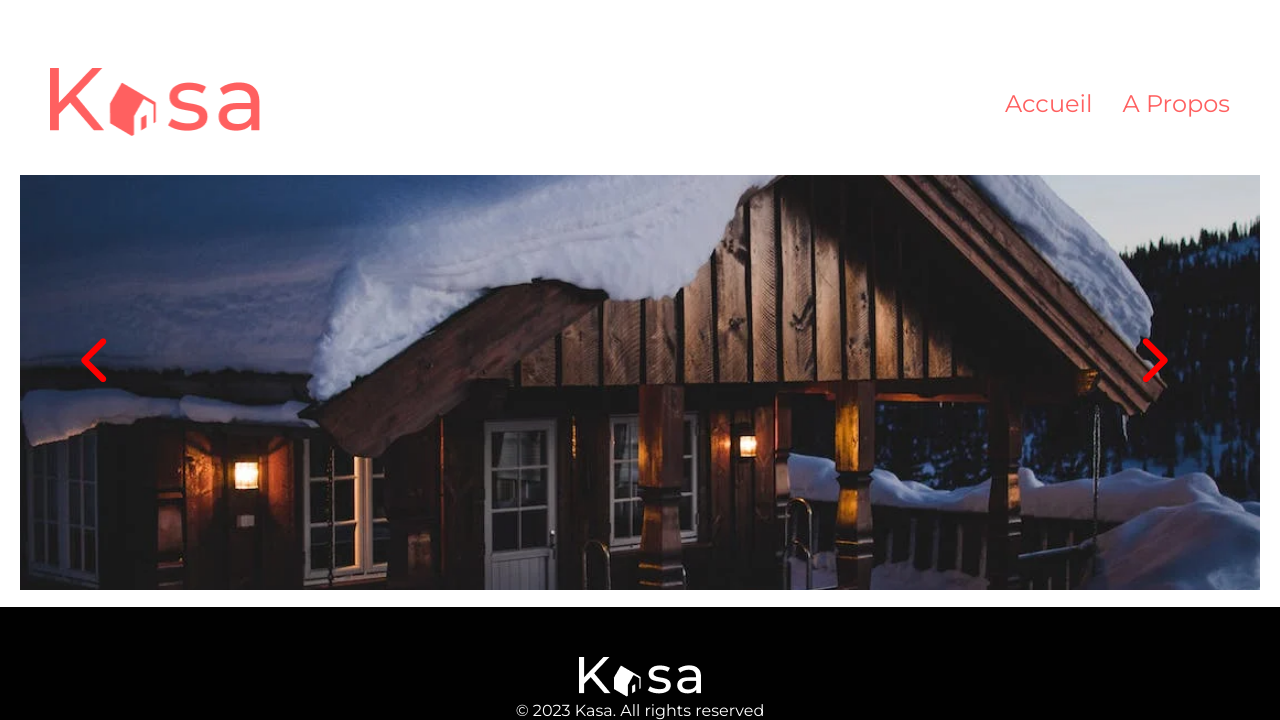
Repository: Ascaris29/Kasa_oc
Page: /essai (app in kasa_project/)
These files come from the project's save history. The page is drawn as it stood at one moment and after the next save; the edit follows.
The browser window is 1280 px wide. The pictures show the whole page.
Some web libraries are served in a nearby version. The project was rebuilt for these pictures with package versions that can differ from the ones it lists, and the page was loaded fresh each time. Also part of the build but not shown: kasa_project/src/pages/homepage/Homepage.module.scss, kasa_project/src/pages/homepage/components/CardLogement.module.scss, kasa_project/src/pages/homepage/components/CardLogement.js, kasa_project/src/pages/homepage/Homepage.js, kasa_project/src/pages/404/404.module.scss, kasa_project/src/pages/404/404.js, kasa_project/src/pages/a_propos/APropos.module.scss, kasa_project/src/pages/a_propos/components/CardDescription.module.scss and 6 more.

Above is the page before, as saved 2023-03-16 16:07:09.

After the next save:
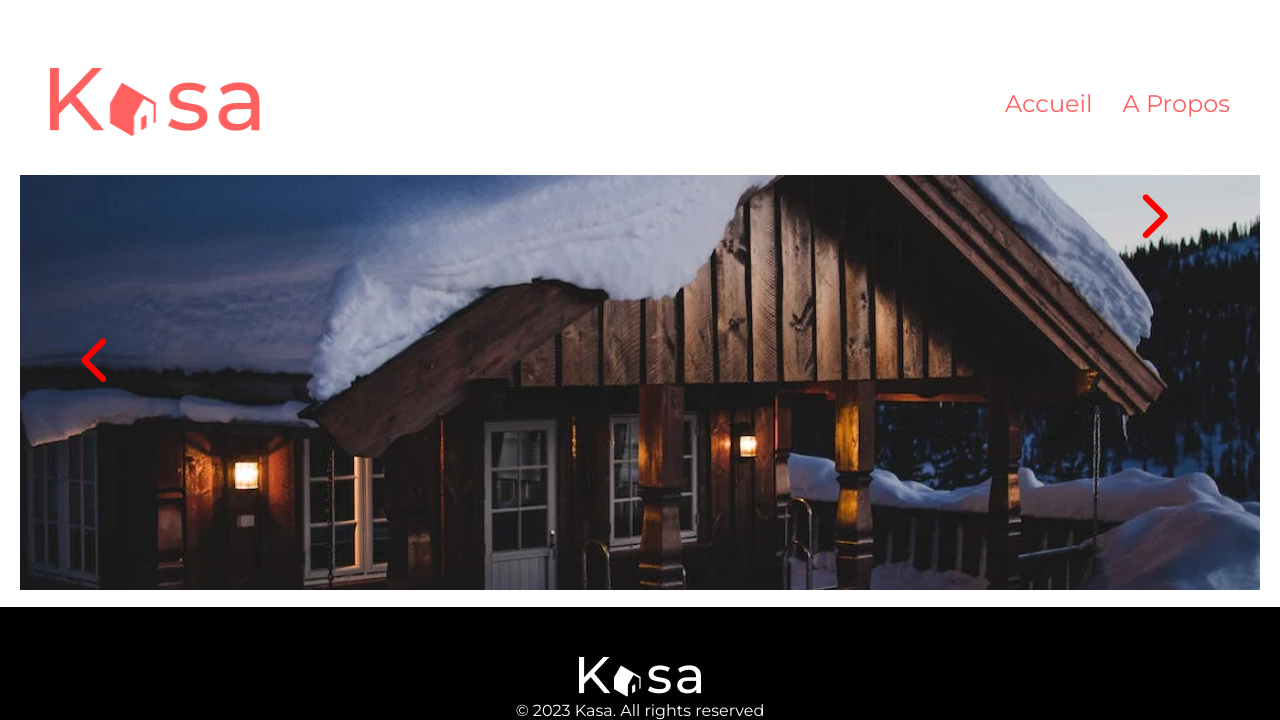
Saved 10 s later.
--- a/kasa_project/src/pages/logement/components/caroussel/Caroussel.module.scss
+++ b/kasa_project/src/pages/logement/components/caroussel/Caroussel.module.scss
@@ -12,7 +12,7 @@
     }
     .chevronRight{
         position:absolute;
-        top:50%;
+        top:30%;
         left:90%;
         font-size:50px;
         color:red;
